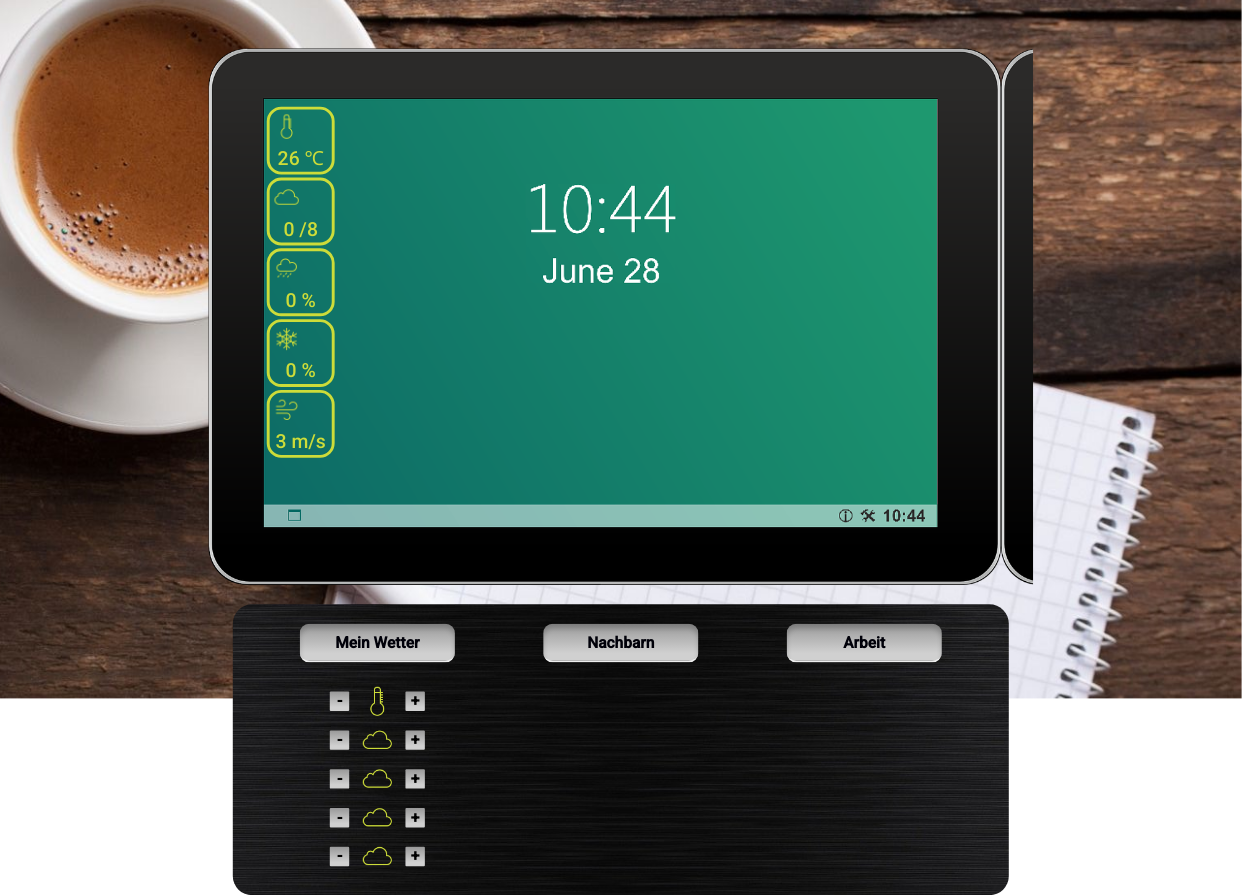
Repository: NadiaSchmitz/wetter.githab.io
Page: index.html
The author's editor kept a record of every edit. The page is drawn from the files as they stood at one moment, then again after the next edit.
The browser window is 1280 px wide. The pictures show the whole page, at 97% of full size.

Above is the page before.
Not found: styles/background1.css
Not found: styles/background2.css
Not found: styles/background3.css

After the next edit:
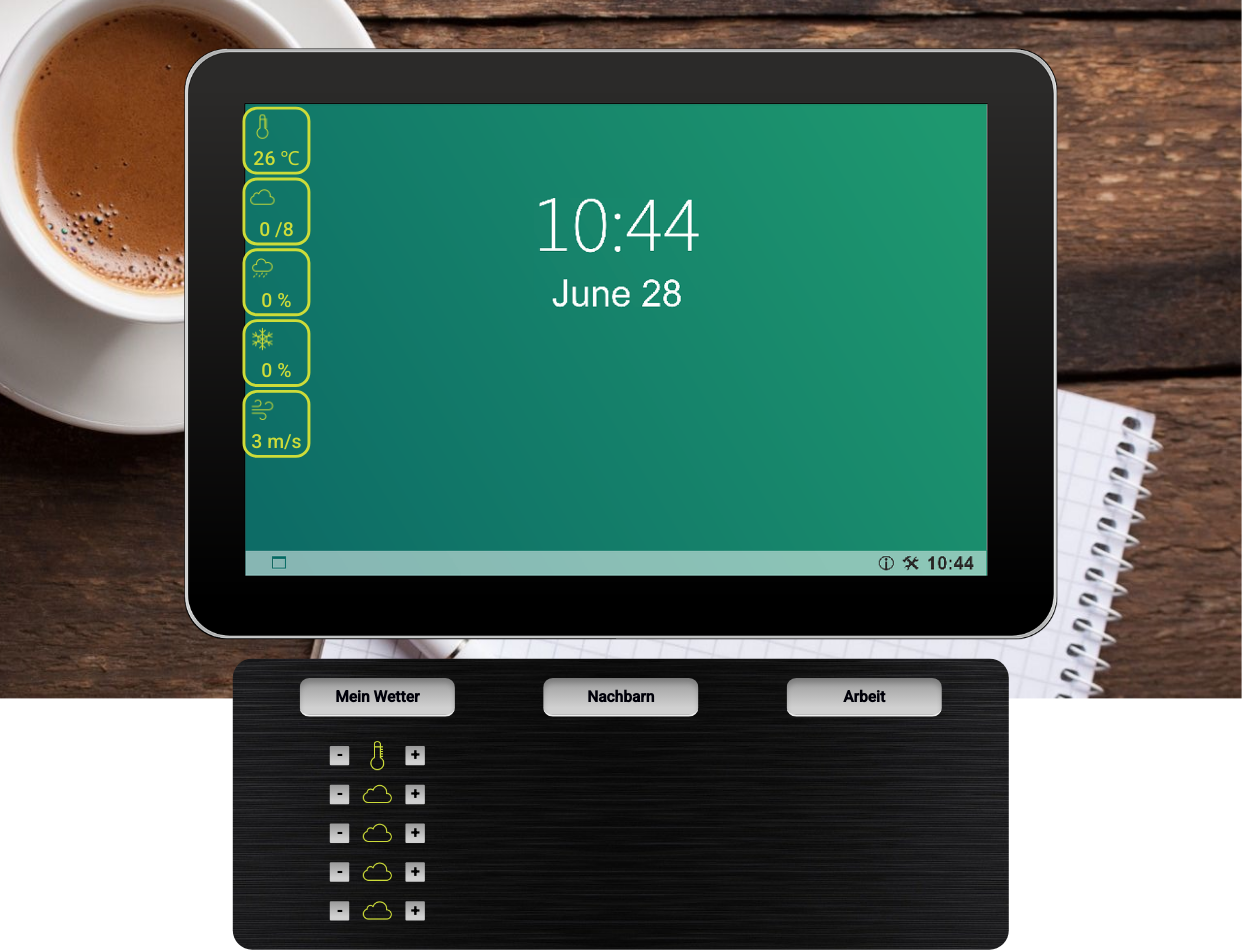
The edit:
--- a/styles/style.css
+++ b/styles/style.css
@@ -10,8 +10,8 @@
 }
 
 .weather_wrapper {
-  width: 850px;
-  height: 553px;
+  width: 900px;
+  height: 609px;
   background-image: url(../images/tablet.png);
   background-size: contain;
   margin: 0 auto 20px;
